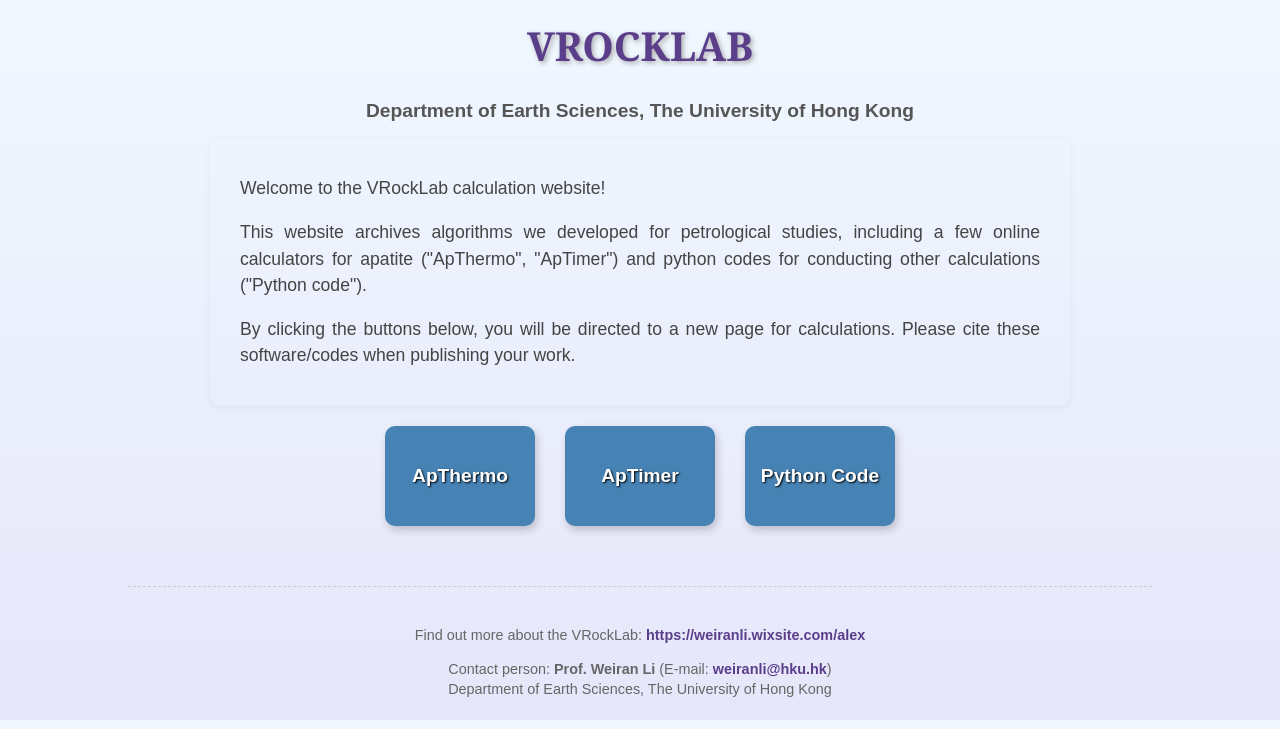
Repository: Abyss2019/home_page
Page: index.html
These files come from the project's save history. The page is drawn as it stood at one moment and after the next save; the edit follows.
The browser window is 1280 px wide. The pictures show the whole page.

Above is the page before, as saved 2025-04-06 10:42:41.

After the next save:
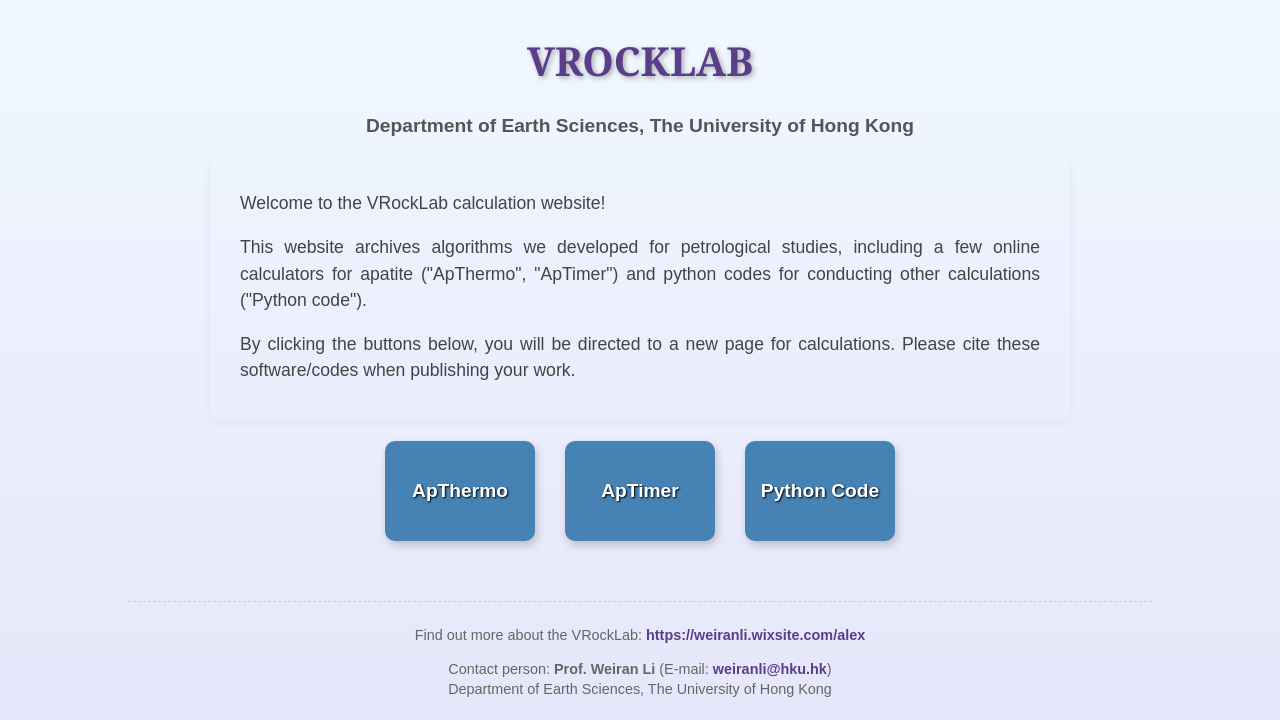
Saved 11 s later.
--- a/index.html
+++ b/index.html
@@ -86,8 +86,8 @@
 
         footer {
         font-size: 0.9em;
-
-        padding: 15px 0;
+        /* margin-top: 40px; */
+        /* padding: 15px 0; */
         text-align: center;
         color: #666;
         line-height: 1.4;
